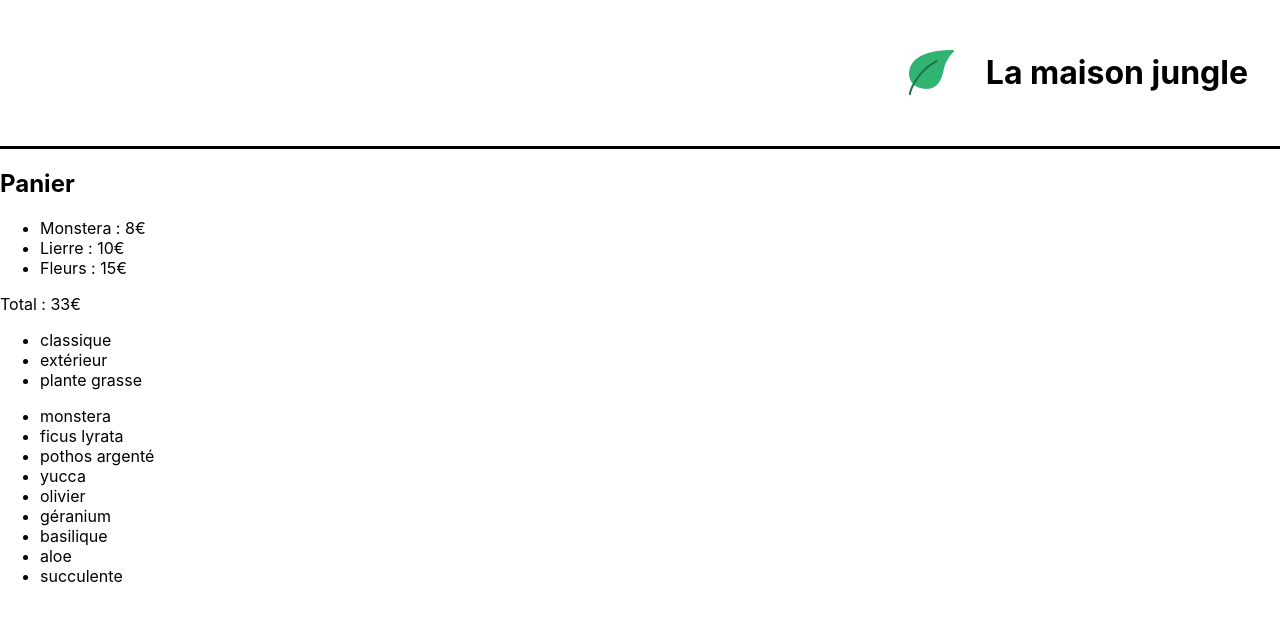
Repository: massndongo/la-maison-junglee
Page: /
The author's editor kept a copy of each file at every save. The page is drawn from the files as they stood at one save, then again after a run of saves.
The browser window is 1280 px wide. The pictures show the whole page.
The project was rebuilt for these pictures with package versions that can differ from the ones it lists, and the page was loaded fresh each time.

Above is the page before, as saved 2023-03-23 16:33:48.

### src/components/App.js
import Banner from './Banner'
import Cart from './Cart'
import ShoppingList from './ShoppingList'

function App() {
    return <div><Banner /><Cart /><ShoppingList /></div>
}

export default App

### src/components/Banner.js
import logo from '../assets/logo.png'
import '../styles/Banner.css'

function Banner() {
    const title = 'La maison jungle'
    return (
        <div className='lmj-banner'>
            <img src={logo} alt='La maison jungle' className='lmj-logo' />
            <h1 className='lmj-title'>{title}</h1>
        </div>
    )
}

export default Banner

### src/components/Cart.js
function Cart() {
    const monsteraPrice = 8
    const ivyPrice = 10
    const flowerPrice = 15
    return (<div>
        <h2>Panier</h2>
        <ul>
        <li>Monstera : {monsteraPrice}€</li>
         <li>Lierre : {ivyPrice}€</li>
         <li>Fleurs : {flowerPrice}€</li>
        </ul>
          Total : {monsteraPrice + ivyPrice + flowerPrice }€
          </div>)
    }

export default Cart

### src/components/ShoppingList.js
import { plantList } from '../datas/plantList'

function ShoppingList() {
	const categories = plantList.reduce(
		(acc, plant) =>
			acc.includes(plant.category) ? acc : acc.concat(plant.category),
		[]
	)

	return (
		<div>
			<ul>
				{categories.map((cat) => (
					<li key={cat}>{cat}</li>
				))}
			</ul>
			<ul>
				{plantList.map((plant) => (
					<li key={plant.id}>{plant.name}</li>
				))}
			</ul>
		</div>
	)
}

export default ShoppingList

### src/datas/plantList.js
export const plantList = [
	{
		name: 'monstera',
		category: 'classique',
		id: '1ed'
	},
	{
		name: 'ficus lyrata',
		category: 'classique',
		id: '2ab'
	},
	{
		name: 'pothos argenté',
		category: 'classique',
		id: '3sd'
	},
	{
		name: 'yucca',
		category: 'classique',
		id: '4kk'
	},
	{
		name: 'olivier',
		category: 'extérieur',
		id: '5pl'
	},
	{
		name: 'géranium',
		category: 'extérieur',
		id: '6uo'
	},
	{
		name: 'basilique',
		category: 'extérieur',
		id: '7ie'
	},
	{
		name: 'aloe',
		category: 'plante grasse',
		id: '8fp'
	},
	{
		name: 'succulente',
		category: 'plante grasse',
		id: '9vn'
	}
]

Loaded but not shown: public/index.html (common file); src/index.js (common file); src/styles/index.css (common file); src/reportWebVitals.js (common file); src/styles/Banner.css (common file)

After the next 3 saves:
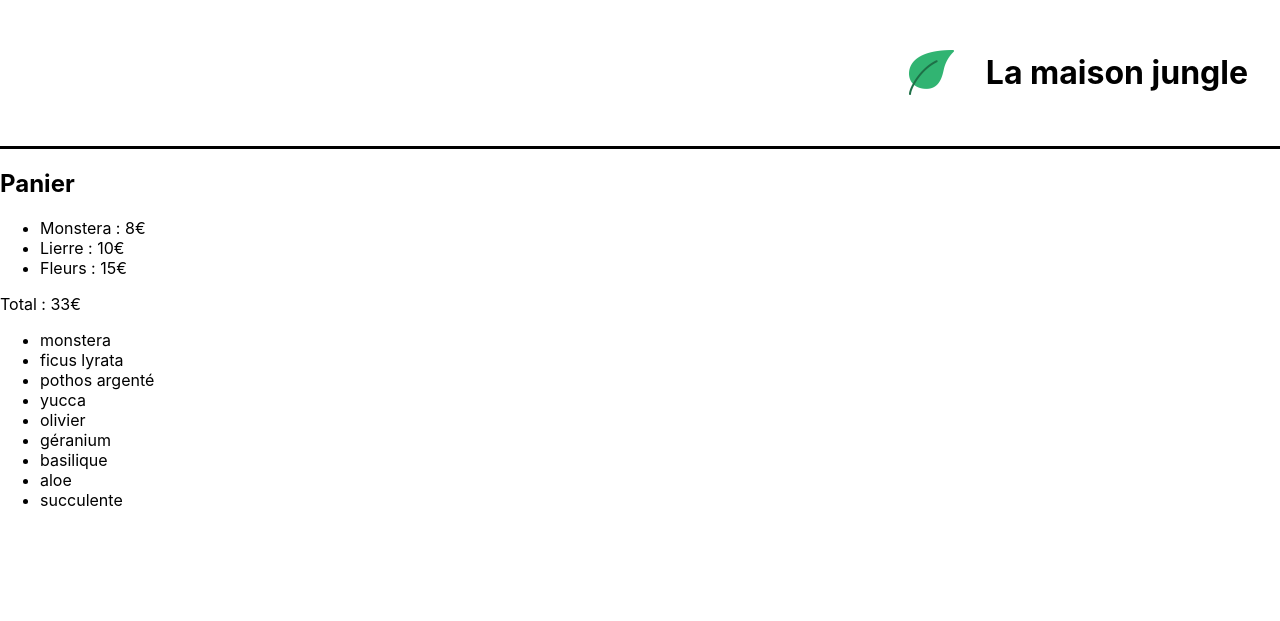
The 3 saves are shown as one change because 1 did not build or start and some came seconds apart.
The last was saved 6 min 29 s later.
--- a/src/components/ShoppingList.js
+++ b/src/components/ShoppingList.js
@@ -3,8 +3,7 @@
 function ShoppingList() {
 	const categories = plantList.reduce(
 		(acc, plant) =>
-			acc.includes(plant.category) ? acc : acc.concat(plant.category),
-		[]
+			acc, []
 	)
 
 	return (

After the 2 saves that followed:
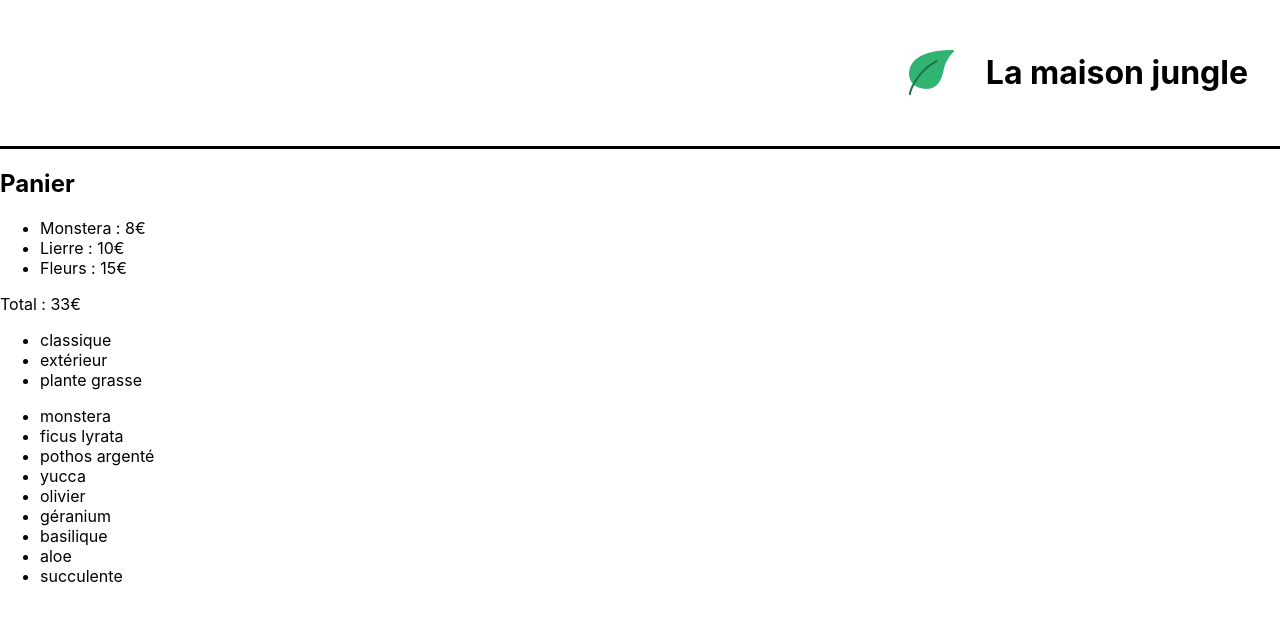
The 2 saves are shown as one change because 1 left the picture as it was.
The last was saved 26 s later.
--- a/src/components/ShoppingList.js
+++ b/src/components/ShoppingList.js
@@ -3,7 +3,8 @@
 function ShoppingList() {
 	const categories = plantList.reduce(
 		(acc, plant) =>
-			acc, []
+			acc.includes(plant.category) ? acc : acc.concat(plant.category),
+		[]
 	)
 
 	return (
